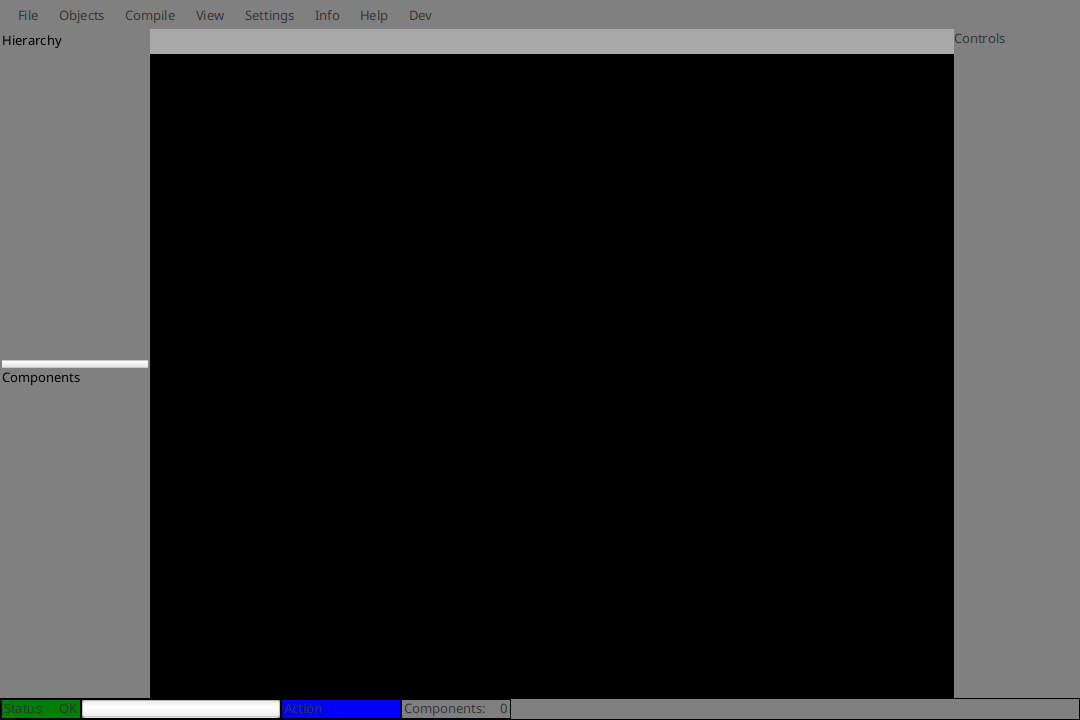
Repository: knoxaramav2/Sapa
Program's window: java nSketch/nSketch/src/system/Launcher.java
These files come from the project's save history. The program's window is drawn as it stood at one moment and after the next save; the edit follows.
It runs on Java 21 on a 1366 x 768 screen with JavaFX 11; the title bar is not drawn.

Above is the program's window before, as saved 2016-02-29 05:08:05.

After the next save:
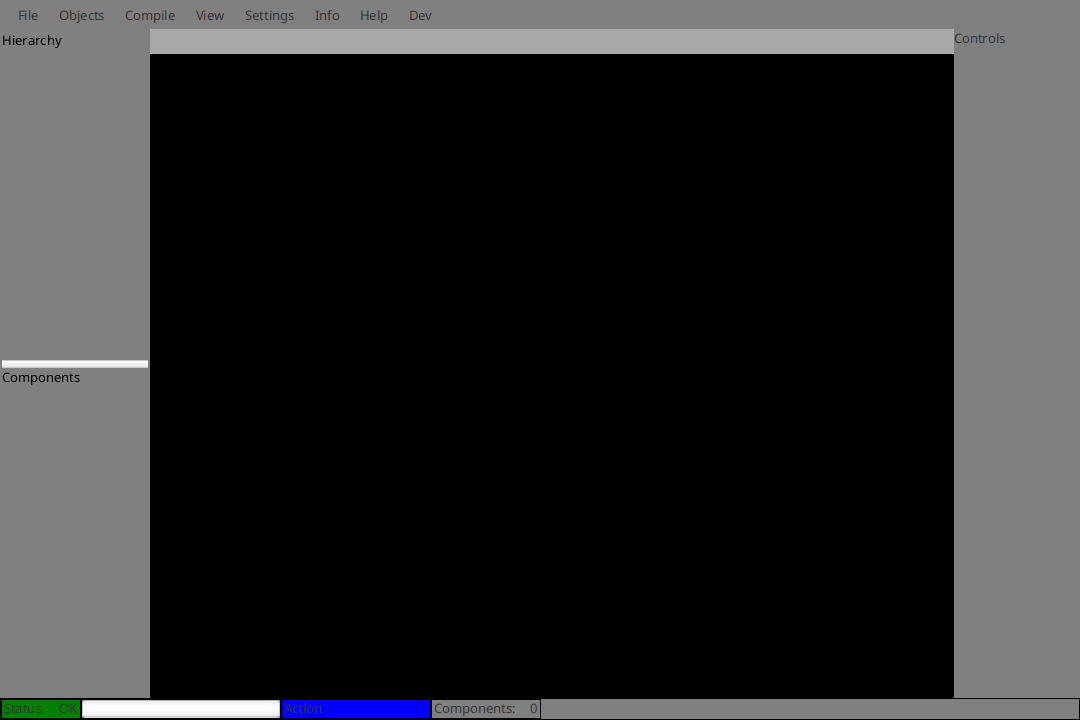
Saved 2 min 13 s later.
--- a/nSketch/nSketch/src/gui/Layout.fxml
+++ b/nSketch/nSketch/src/gui/Layout.fxml
@@ -26,7 +26,7 @@
 				GridPane.columnIndex="1" GridPane.rowIndex="0"/>
 			<AnchorPane style="-fx-border-color:black; -fx-background-color:blue" fx:id="actionPane"
 				GridPane.columnIndex="2" GridPane.rowIndex="0"
-				prefWidth="120">
+				prefWidth="150">
 				<Label text="Action " AnchorPane.leftAnchor="2"/>
 				<Label text="" fx:id="actionLabel" AnchorPane.rightAnchor="2"/>
 			</AnchorPane>
